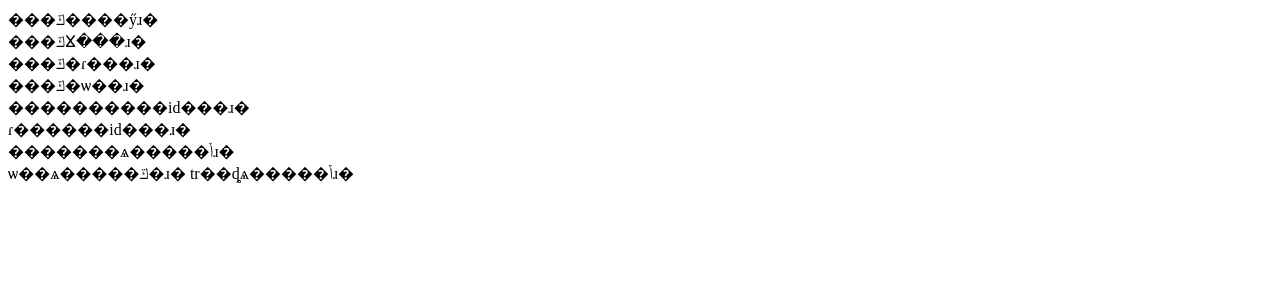
Repository: ZxxWs/P_M_learn
Page: http://localhost/
The author's editor kept a copy of each file at every save. The page is drawn from the files as they stood at one save, then again after the next save.
The browser window is 1280 px wide. The pictures show the whole page.
The page is run by PHP 8.4 with error messages shown; the project is at /var/www/html/. Queries for data that is not in the repository find no rows.

Above is the page before, as saved 2019-03-12 07:41:39.

After the next save:
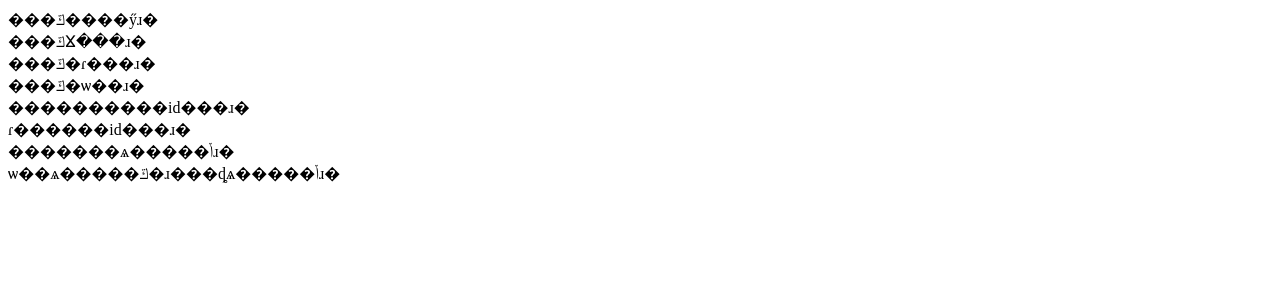
Saved 43 s later.
--- a/Mysql_learn/index.php
+++ b/Mysql_learn/index.php
@@ -93,7 +93,7 @@ $readdata='select name,num,class from students';
 $selecttable=mysqli_select_db($conn, 'student');//选择数据库
 if($selecttable)
     echo "选择学生数据库成功";
-    echo " tr";
+    echo "<tr>";
 $readdata=mysqli_query($conn, $readdata);
 if($into)
     echo "读取学生数据成功";
